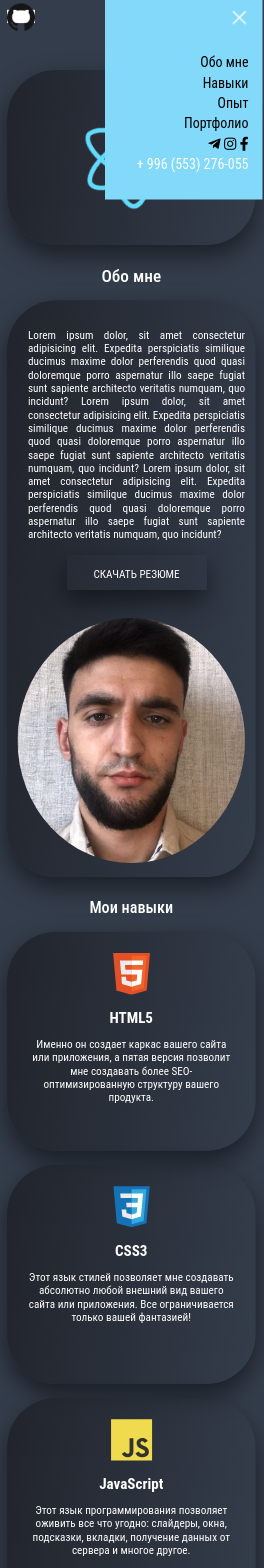
Repository: aligadzhiev0595/my-portfolio
Page: index.html
An editor plug-in stored every save of this project. The page is shown before and after the next save, followed by the edit.
The browser window is 375 px wide. The page is 377 px wide, so the pictures cover 377 px, including what lies to the right of the window. The pictures show the part of the page from y = 0 to 2240 px (the page is 5534 px tall), at 70% of full size.
After loading, the first visible `div.burger` was clicked once.
The style sheet was rebuilt from its Sass, Less or Tailwind sources for each picture, by a compiler version that may differ from the author's.

Above is the page before, as saved 2021-05-09 23:02:18.
Console error: TypeError: Cannot read properties of null (reading 'classList')

### index.html
<!DOCTYPE html>
<html lang="en">

<head>
  <meta charset="UTF-8">
  <meta name="viewport" content="width=device-width, initial-scale=1.0">
  <link rel="icon" href="./favicon-32x32.png" type="image/x-icon">
  <link rel="stylesheet" href="./src/css/style.css">
  <title>Portfolio</title>
</head>

<body data-mdb-spy="scroll" data-mdb-target="#scrollspy" data-mdb-offset="0">

  <header class="header fixed-top">
    <div class="container">
      <a href="https://github.com/hopetodie" class="header__brand" target="_blank">
        <img class="header__img" src="./src/image/header/GitHub-Mark-32px.png" alt="brand img-fluid">
      </a>
      <nav id="scrollspy" class="nav">
        <ul class="nav__list">
          <li class="nav__item">
            <a class="nav__link" href="#about-me">Обо мне</a>
          </li>
          <li class="nav__item">
            <a class="nav__link" href="#skills">Навыки</a>
          </li>
          <li class="nav__item">
            <a class="nav__link" href="#experience">Опыт</a>
          </li>
          <li class="nav__item">
            <a class="nav__link" href="#portfolio">Портфолио</a>
          </li>
        </ul>
        <ul class="nav__list flex-row justify-content-end">
          <li class="nav__item">
            <a class="nav__link" href="https://t.me/hopetodiex" target="_blank"><i
                class="fab fa-telegram-plane"></i></a>
          </li>
          <li class="nav__item">
            <a class="nav__link" href="https://www.instagram.com/ali.gadjiev05" target="_blank"><i
                class="fab fa-instagram"></i></a>
          </li>
          <li class="nav__item">
            <a class="nav__link" href="https://www.facebook.com/" target="_blank"><i class="fab fa-facebook-f"></i></a>
          </li>
        </ul>
        <a class="nav__phone" href="tel:996553276055">+ 996 (553) 276-055 </a>
      </nav>
      <div class="burger">
        <span class="burger__line"></span>
      </div>
    </div>
  </header>
  <main>
    <section class="react-animation">
      <div class="container">
        <div class="row">
          <div class="col">
            <div class="wrapper">
              <img class="wrapper__logo" src="./src/image/react/logo.svg" alt="">
            </div>
          </div>
          <div class="col">
            <div class="wrapper">
              <img class="wrapper__logo" src="./src/image/react/logo.svg" alt="">
            </div>
          </div>
          <div class="col">
            <div class="wrapper">
              <img class="wrapper__logo" src="./src/image/react/logo.svg" alt="">
            </div>
          </div>
          <div class="col">
            <div class="wrapper">
              <img class="wrapper__logo" src="./src/image/react/logo.svg" alt="">
            </div>
          </div>
        </div>
      </div>
    </section>
    <section class="about-me" id='about-me'>
      <div class="container">
        <h2 class="about-me__title">Обо мне</h2>
        <div class="about-me__block">
          <div class="wrapper1 wrapper">

            <p class="wrapper__subtitle">
              Lorem ipsum dolor, sit amet consectetur adipisicing elit. Expedita perspiciatis similique ducimus maxime
              dolor perferendis quod quasi doloremque porro aspernatur illo saepe fugiat sunt sapiente architecto
              veritatis numquam, quo incidunt?
              Lorem ipsum dolor, sit amet consectetur adipisicing elit. Expedita perspiciatis similique ducimus maxime
              dolor perferendis quod quasi doloremque porro aspernatur illo saepe fugiat sunt sapiente architecto
              veritatis numquam, quo incidunt?
              Lorem ipsum dolor, sit amet consectetur adipisicing elit. Expedita perspiciatis similique ducimus maxime
              dolor perferendis quod quasi doloremque porro aspernatur illo saepe fugiat sunt sapiente architecto
              veritatis numquam, quo incidunt?

            </p>
            <a class="wrapper__btn mybtn" href="./src/image/resume/Resume.pdf" download>скачать резюме</a>
          </div>
          <div class="wrapper2 wrapper">
            <div class="wrapper__img">
              <img class="img" src="./src/image/about-me/E3rtKXwRQ_w.jpeg" alt="leo its me">
            </div>
          </div>

        </div>
      </div>
    </section>
    <section class="skills" id='skills'>
      <div class="container">
        <h3 class="skills__title">Мои навыки</h3>
        <div class="row">
          <div class="col col-sm-12 col-md-4 col-lg-4 col-xl-4 hover-zoom">
            <div class="wrapper">
              <img class="wrapper__img" src="./src/image/skills/html.svg" alt="">
              <h4 class="wrapper__title">HTML5</h4>
              <p class="wrapper__subtitle">Именно он создает каркас вашего сайта или приложения, а пятая версия позволит
                мне создавать более SEO-оптимизированную структуру вашего продукта.</p>
            </div>
          </div>
          <div class="col col-sm-12 col-md-4 col-lg-4 col-xl-4 hover-zoom">
            <div class="wrapper">
              <img class="wrapper__img" src="./src/image/skills/css3.svg" alt="">
              <h4 class="wrapper__title">CSS3</h4>
              <p class="wrapper__subtitle">Этот язык стилей позволяет мне создавать абсолютно любой внешний вид вашего
                сайта или приложения. Все ограничивается только вашей фантазией!</p>
            </div>
          </div>
          <div class="col col-sm-12 col-md-4 col-lg-4 col-xl-4 hover-zoom">
            <div class="wrapper">
              <img class="wrapper__img" src="./src/image/skills/javascript.svg" alt="">
              <h4 class="wrapper__title">JavaScript</h4>
              <p class="wrapper__subtitle">Этот язык программирования позволяет оживить все что угодно: слайдеры, окна,
                подсказки, вкладки, получение данных от сервера и многое другое.</p>
            </div>
          </div>
          <div class="col col-sm-12 col-md-4 col-lg-4 col-xl-4 hover-zoom">
            <div class="wrapper">
              <img class="wrapper__img" src="./src/image/skills/jquery.svg" alt="">
              <h4 class="wrapper__title">jQuery</h4>
              <p class="wrapper__subtitle">Библиотека Jquery позволит ускорить разработку. Без необходимости
                интегрировать в проект мы её не будем, но навык работы с ней присутствует.</p>
            </div>
          </div>
          <div class="col col-sm-12 col-md-4 col-lg-4 col-xl-4 hover-zoom">
            <div class="wrapper">
              <img class="wrapper__img" src="./src/image/skills/react.svg" alt="">
              <h4 class="wrapper__title">React</h4>
              <p class="wrapper__subtitle">Это декларативная, эффективная и гибкая JavaScript библиотека для создания
                пользовательских интерфейсов. Она позволяет вам собирать сложный UI из маленьких изолированных кусочков
                кода, называемых «компонентами».</p>
            </div>
          </div>
          <div class="col col-sm-12 col-md-4 col-lg-4 col-xl-4 hover-zoom">
            <div class="wrapper">
              <img class="wrapper__img" src="./src/image/skills/redux.svg" alt="">
              <h4 class="wrapper__title">Redux</h4>
              <p class="wrapper__subtitle">Это способ управления состоянием приложения. Она основана на нескольких
                концепциях, изучив которые, можно с лёгкостью решать проблемы с состоянием.</p>
            </div>
          </div>
        </div>
      </div>
    </section>
    <section class="experience" id='experience'>
      <div class="container">
        <h3 class="experience__title">Мой опыт</h3>
        <div class="row">
          <div class="col-12 col-sm-12 col-md-4 col-lg-4 col-xl-4 ">
            <div class="wrapper exp">
              <div class="wrapper__percent">
                <svg class="wrapper__svg">
                  <circle class="wrapper__svg-circle" cx='70' cy='70' r='70'></circle>
                  <circle class="wrapper__svg-circle" cx='70' cy='70' r='70'></circle>
                </svg>
                <div class="wrapper__number">
                  <h4 class="wrapper__titleH"> <span class="wrapper__span">%</span></h4>
                </div>
              </div>

              <div class="wrapper__text">
                <h5 class="wrapper__subtitleH">HTML5</h5>
              </div>
            </div>
          </div>
          <div class="col-12 col-sm-12 col-md-4 col-lg-4 col-xl-4">
            <div class="wrapper">
              <div class="wrapper__percent">
                <svg class="wrapper__svg">
                  <circle class="wrapper__svg-circleC" cx='70' cy='70' r='70'></circle>
                  <circle class="wrapper__svg-circleC" cx='70' cy='70' r='70'></circle>
                </svg>
                <div class="wrapper__number">
                  <h4 class="wrapper__titleC"> <span class="wrapper__span">%</span></h4>
                </div>
              </div>

              <div class="wrapper__text">
                <h5 class="wrapper__subtitleC">CSS3</h5>
              </div>
            </div>
          </div>
          <div class="col-12 col-sm-12 col-md-4 col-lg-4 col-xl-4">
            <div class="wrapper">
              <div class="wrapper__percent">
                <svg class="wrapper__svg">
                  <circle class="wrapper__svg-circleJs" cx='70' cy='70' r='70'></circle>
                  <circle class="wrapper__svg-circleJs" cx='70' cy='70' r='70'></circle>
                </svg>
                <div class="wrapper__number">
                  <h4 class="wrapper__titleJs"><span class="wrapper__span">%</span></h4>
                </div>
              </div>

              <div class="wrapper__text">
                <h5 class="wrapper__subtitleJs">jS</h5>
              </div>
            </div>
          </div>
          <div class="col-12 col-sm-12 col-md-4 col-lg-4 col-xl-4">
            <div class="wrapper">
              <div class="wrapper__percent">
                <svg class="wrapper__svg">
                  <circle class="wrapper__svg-circleJ" cx='70' cy='70' r='70'></circle>
                  <circle class="wrapper__svg-circleJ" cx='70' cy='70' r='70'></circle>
                </svg>
                <div class="wrapper__number">
                  <h4 class="wrapper__titleJ"><span class="wrapper__span">%</span></h4>
                </div>
              </div>

              <div class="wrapper__text">
                <h5 class="wrapper__subtitleJ">jQuery</h5>
              </div>
            </div>
          </div>
          <div class="col-12 col-sm-12 col-md-4 col-lg-4 col-xl-4">
            <div class="wrapper">
              <div class="wrapper__percent">
                <svg class="wrapper__svg">
                  <circle class="wrapper__svg-circleR" cx='70' cy='70' r='70'></circle>
                  <circle class="wrapper__svg-circleR" cx='70' cy='70' r='70'></circle>
                </svg>
                <div class="wrapper__number">
                  <h4 class="wrapper__titleR"><span class="wrapper__span">%</span></h4>
                </div>
              </div>

              <div class="wrapper__text">
                <h5 class="wrapper__subtitleR">React</h5>
              </div>
            </div>
          </div>
          <div class="col-12 col-sm-12 col-md-4 col-lg-4 col-xl-4">
            <div class="wrapper">
              <div class="wrapper__percent">
                <svg class="wrapper__svg">
                  <circle class="wrapper__svg-circleRe" cx='70' cy='70' r='70'></circle>
                  <circle class="wrapper__svg-circleRe" cx='70' cy='70' r='70'></circle>
                </svg>
                <div class="wrapper__number">
                  <h4 class="wrapper__titleRe"><span class="wrapper__span">%</span></h4>
                </div>
              </div>

              <div class="wrapper__text">
                <h5 class="wrapper__subtitleRe">Redux</h5>
              </div>
            </div>
          </div>
        </div>
      </div>
    </section>
    <section class="portfolio" id='portfolio'>
      <div class="container">
        <h2 class="portfolio__title">Мои работы</h2>
        <div id="carousel2">
          <figure id="spinner">
            <a href="https://hopetodie.github.io/store/" target="_blank">
              <img src="./src/image/portfolio/run.webp" alt="">
            </a>
            <a href="https://hopetodie.github.io/Game-store/" target="_blank">
              <img class="portfolio-carousel-item__img" src="./src/image/portfolio/game.webp" alt="">
            </a>
            <a href="https://hopetodie.github.io/carsharing/" target="_blank">
              <img class="portfolio-carousel-item__img" src="./src/image/portfolio/car.webp" alt="">
            </a>
            <a href="https://hopetodie.github.io/IT-studio/" target="_blank">
              <img class="portfolio-carousel-item__img" src="./src/image/portfolio/it.webp" alt="">
            </a>
            <a href="https://hopetodie.github.io/Cubaa/" target="_blank">
              <img class="portfolio-carousel-item__img " src="./src/image/portfolio/kubat.webp" alt="">
            </a>
            <a href="https://hopetodie.github.io/Game-store/" target="_blank">
              <img class="portfolio-carousel-item__img" src="./src/image/portfolio/game.webp" alt="">
            </a>
            <a href="https://hopetodie.github.io/store/" target="_blank">
              <img src="./src/image/portfolio/run.webp" alt="">
            </a>
            <a href="https://hopetodie.github.io/carsharing/" target="_blank">
              <img class="portfolio-carousel-item__img" src="./src/image/portfolio/car.webp" alt="">
            </a>


          </figure>
        </div>
        <span style="float:left" class="ss-icon" onclick="galleryspin('-')">&lt;</span>
        <span style="float:right" class="ss-icon" onclick="galleryspin('')">&gt;</span>
      </div>
    </section>
    <section class="carousel">
      <div class="container">
        <h2 class="carousel__title">Мои работы</h2>
        <div class="flex-wrapper">
          <div class="slider-wrapper">
            <div class="slide active">
              <a href="https://hopetodie.github.io/store/" target="_blank">
                <img src="./src/image/portfolio/run.webp" alt="">
              </a>
            </div>
            <div class="slide">
              <a href="https://hopetodie.github.io/Game-store/" target="_blank">
                <img class="portfolio-carousel-item__img" src="./src/image/portfolio/game.webp" alt="">
              </a>
            </div>
            <div class="slide">
              <a href="https://hopetodie.github.io/carsharing/" target="_blank">
                <img class="portfolio-carousel-item__img" src="./src/image/portfolio/car.webp" alt="">
              </a>
            </div>
            <div class="slide">
              <a href="https://hopetodie.github.io/IT-studio/" target="_blank">
                <img class="portfolio-carousel-item__img" src="./src/image/portfolio/it.webp" alt="">
              </a>
            </div>
            <div class="slide">
              <a href="https://hopetodie.github.io/Cubaa/" target="_blank">
                <img class="portfolio-carousel-item__img " src="./src/image/portfolio/kubat.webp" alt="">
              </a>
            </div>
            <div id="btn-prev"></div>
            <div id="btn-next"></div>
          </div>
        </div>
        <div class="dots-wrapper">
          <span class="dot active"></span>
          <span class="dot"></span>
          <span class="dot"></span>
          <span class="dot"></span>
          <span class="dot"></span>
        </div>
      </div>
    </section>
  </main>
  <footer class="footer">
    <span> © Все права защищены</span>
  </footer>
  <script src="./src/libs/jquery/jquery.min.js"></script>
  <script src="./src/libs/mdb-ui-kit/js/mdb.min.js"></script>
  <script src="./src/js/main.js"></script>
</body>

</html>

### src/css/style.scss
@import url(../libs/mdb-ui-kit/css/mdb.min.css);
@import url(../libs/fontawesome/css/all.min.css);


body {
  background: rgb(52, 61, 75);
  color: #1B1818;
  font-weight: 400;
  font-size: 16px;
  line-height: 19px;
  font-family: 'Roboto Condensed', sans-serif;
  // font-family: 'Fire Sans', sans-serif;
}
  .container {
    max-width: 1220px;
    padding: 0 10px;
    margin: 0 auto;
}
a {
  text-decoration: none;
}
li {
  list-style: none;
}

*{
    margin: 0;
    padding: 0;
    box-sizing: border-box;
}


@import '../scss/variables';
@import '../scss/header';
@import '../scss/react-animation';
@import '../scss/about-me';
@import '../scss/skills';
@import '../scss/experience';
@import '../scss/portfolio';
@import '../scss/carousel';
@import '../scss/footer';
@import '../scss/media';

### src/scss/_variables.scss
.mybtn{
    display: block;
    outline: none;
    border:1px solid transparent;
    user-select: none;
    background-color: transparent ;
    text-align: center;
    vertical-align: middle;
    cursor: pointer;
}

### src/scss/_header.scss
.header {
    padding: 5px 0;
    transition:  0.6s ease;
    &_sticky{
        background: rgb(52, 61, 75);
        box-shadow: 0 15px 35px rgba(0, 0, 0, 0.5);
        transition: 0.6s ease;
    }
    &__brand {
        width: 50px;
        height: 50px;
        background: #fff;
        &:hover{
            -webkit-box-shadow: 0px 0px 101px 1px rgba(130,217,249,1);
            -moz-box-shadow: 0px 0px 101px 1px rgba(130,217,249,1);
            box-shadow: 0px 0px 101px 1px rgba(130,217,249,1);
            background: rgba(130,217,249,1);
        }
    }
    &__img {

        width: 40px;
        height: 40px;
    }
    .nav {

        width: 100%;
        max-width: 1220px;
        display: flex;
        justify-content: space-between;
        align-items: center;
        &__list {
            display: flex;
            margin-bottom: 0;
        }

        &__item {
            margin-right: 15px;

            &:last-child {
                margin-right: 0;
            }
        }

        &__link {
            color: #fff;
            &:hover{
                color: rgba(130,217,249,1);
            }
        }

        &__phone {
            color: #fff;
            &:hover{
                color: rgba(130,217,249,1);
            }
        }
    }
}

### src/scss/_react-animation.scss
.react-animation{
    padding-top: 100px;
    padding-bottom: 30px;
    .row{
      .col{
        .wrapper{
          box-shadow: 0 15px 35px rgba(0, 0, 0, 0.5);
          background: linear-gradient(95deg, rgb(33, 36, 44) 0%, rgba(15, 15, 16, 0) 100%);
        border-radius: 70px;
          text-align: center;
          &__logo {
            width: 250px;
            height: 250px;
            animation: React infinite 20s linear;
          }

          @keyframes React {
            from {
              transform: rotate(0deg);
            }
            to {
              transform: rotate(360deg);
            }
          }
        }
      }
    }
}

### src/scss/_skills.scss
.skills {
    padding-bottom: 50px;
    &__title{
        color: #fff;
        text-align: center;
        margin-bottom: 20px;
    }
            .wrapper {
                min-height: 313px;
                background: linear-gradient(95deg, rgb(33, 36, 44) 0%, rgba(15, 15, 16, 0) 100%);
                margin-bottom: 20px;
                box-shadow: 0 15px 35px rgba(0,0,0,0.5);
                border-radius: 70px;

                &:hover{
                    -webkit-box-shadow: 0px 0px 101px 1px rgba(130,217,249,1);
                    -moz-box-shadow: 0px 0px 101px 1px rgba(130,217,249,1);
                    box-shadow: 0px 0px 101px 1px rgba(130,217,249,1);
                }
                padding: 30px;
                &__img {
                    width: 60px;
                    height: 60px;

                    &:hover {
                        transform: scale(1.25);
                        transition: all .5s;
                    }
                }

                &__title {
                    color: #fff;
                    font-weight: bold;
                    margin-top: 20px;
                }

                &__subtitle {
                    color: #fff;
                    margin-top: 15px;
                    text-align: left;
                }
            }
        }

### src/scss/_carousel.scss
.carousel{
    display: none;
    &__title {
        padding-bottom: 20px;
        color: #fff;
        text-align: center;
    }
    .flex-wrapper{
        width: 100%;
        display: flex;
        justify-content: center;
        box-shadow: 0 15px 35px rgba(0, 0, 0, 0.5);
        border-radius: 70px;
        background: linear-gradient(95deg, rgb(33, 36, 44) 0%, rgba(15, 15, 16, 0) 100%);
    }
    .slider-wrapper{
        max-width: 800px;
        width: 100%;
        height: 490px;
        position: relative;
        box-shadow: 10px 10px 44px -10px rgba(0, 0, 0, 0.75);
    }
    #btn-prev, #btn-next{
        position: absolute;
        left: 0;
        top: 0;
        height: 100%;
        width: 50px;
        background: gray;
        opacity: 0.4;
        cursor: pointer;
        transition: opacity .2s ease-in-out;
    }
    #btn-prev{
        &:hover{
            opacity: 0.6;
        }
    }
    #btn-next{
        left: auto;
        right: 0;
        &:hover{
            opacity: 0.6;
        }
    }
    .slide{
        width: 100%;
        height: 100%;
        display: none;
    }
    .slide.active{
        display: block;
    }
    img{
        width: 100%;
        height: 100%;
    }
    .dots-wrapper{
        display: flex;
        justify-content: center;
        margin-top: 15px;
    }
    .dot.active{
        background: rgba(130,217,249,1);
    }
    span{
        width: 15px;
        height: 15px;
        border-radius: 50%;
        background: gray;
        margin-right: 10px;
        cursor: pointer;
        &:last-child{
            margin-right: 0;
        }
    }
}

### src/scss/_footer.scss
.footer{
    margin-top: 70px;
    width: 100%;
    display: flex;
    justify-content: center;
    align-items: center;
    height: 50px;
    box-shadow: 0 15px 35px rgba(0, 0, 0, 0.5);
    color: #fff;
  }

### src/scss/_media.scss
@media (max-width: 576px) {
    .container {
        max-width: 576px;
        width: 100%;
        margin: 0 auto;
    }
.header{

        .nav {
            display: none;
            align-items: flex-end;
            position: fixed;
            right: 0;
            top: 0;
            padding-top: 60px;
            padding-right: 20px;
            background: rgba(130, 217, 249, 1);
            width: 60%;
            padding-bottom: 40px;
            font-size: 20px;

            &.active {
                display: flex;
                flex-direction: column;
            }
            &__list{
                display: flex;
                flex-direction: column;
                width: 100%;
                align-items: flex-end;
                column-gap: 5px;

                &:first-child{
                    padding-top: 20px;
                }
            }
            &__link{
            color: #000;

            }
            &__item{
                margin-right: 0;
                // &:not(:last-child){
                //     margin-bottom: 10px;
                // }
                margin-bottom: 10px;
            }



        }
        .burger {
            position: fixed;
            top: 25px;
            transform: translateY(-50%);
            right: 20px;
            width: 26px;
            height: 26px;
            display: flex;
            align-items: center;
            cursor: pointer;

            &.active {
                .burger__line {
                    background: none;

                    &::before {
                        transform: rotate(135deg);
                        top: 0;
                    }

                    &::after {
                        transform: rotate(45deg);
                        bottom: 0;
                    }
                }
            }

            &__line {
                position: relative;
                width: 30px;
                height: 2px;
                background: #fff;

                &::before {
                    content: '';
                    position: absolute;
                    width: 100%;
                    height: 100%;
                    background: #fff;
                    top: 8px;
                    left: 0;
                    transition: .25s;
                }

                &::after {
                    content: '';
                    position: absolute;
                    width: 100%;
                    height: 100%;
                    background: #fff;
                    bottom: 8px;
                    left: 0;
                    transition: .25s;
                }
            }
        }

}
    .react-animation {
        .col {
            &:nth-child(1) {
                display: none;
            }

            &:nth-child(2) {
                display: none;
            }

            &:nth-child(3) {
                display: none;
            }
        }

    }

    .about-me {
        padding-bottom: 30px;

       &__block{
           .wrapper{
               width: 100%;
               &2{
                   margin-top: 40px;
               }
           }

       }
    }

    .portfolio {
        display: none;
        &__title {
            padding-bottom: 10px;
        }

        div#carousel2 {
            perspective: 1200px;
            box-shadow: 0 15px 35px rgba(0, 0, 0, 0.5);
            background: linear-gradient(95deg, rgb(33, 36, 44) 0%, rgba(15, 15, 16, 0) 100%);
            padding-top: 15%;
            font-size: 0;
            margin-bottom: 3rem;
            overflow: hidden;
            border-radius: 70px;

        }

        figure#spinner img {
            width: 60%;
            height: 70%;
            max-width: 425px;
            position: absolute;
            left: 22%;
            top: 10%;
            transform-origin: 50% 50% -500px;
            outline: 1px solid transparent;
        }
    }
    .carousel{
        display: block;
        &__title {
            padding-bottom: 10px;
        }
        .slider-wrapper{
            height: 200px;
        }
    }

    .skills {
        padding-bottom: 20px;

        .wrapper {
            padding: 30px;

            &__img {
                width: 60px;
                height: 60px;
                margin-left: 40%;

                &:hover {
                    transform: scale(1.25);
                    transition: all .5s;
                }
            }

            &__title {
                color: #fff;
                font-weight: bold;
                margin-top: 20px;
                text-align: center;
            }

            &__subtitle {
                color: #fff;
                margin-top: 15px;
                text-align: center;
            }
        }
    }

    .experience {
        padding-bottom: 25px;
    }
}

Loaded but not shown: src/libs/jquery/jquery.min.js (library); src/libs/mdb-ui-kit/js/mdb.min.js (library); src/libs/mdb-ui-kit/css/mdb.min.css (library); src/libs/fontawesome/css/all.min.css (library); src/js/main.js (97 lines, source omitted); src/scss/_experience.scss (419 lines, source omitted); src/scss/_about-me.scss (79 lines, source omitted); src/scss/_portfolio.scss (111 lines, source omitted)

After the next save:
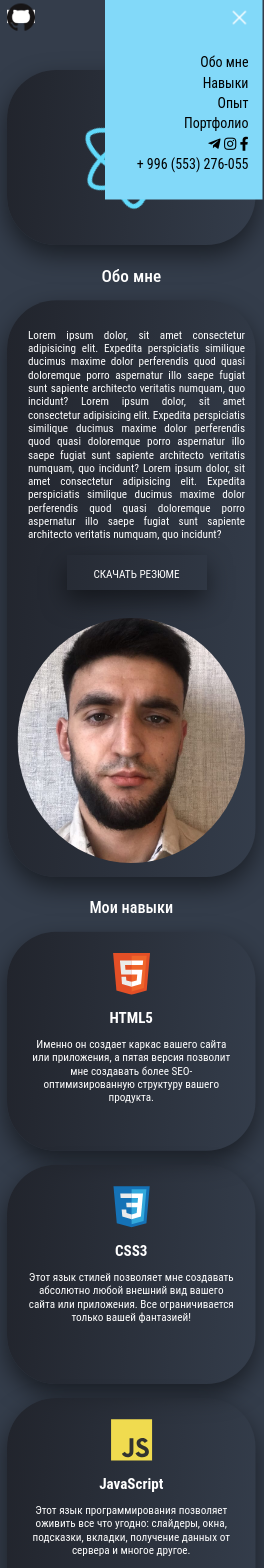
Saved 12 s later.
--- a/src/scss/_media.scss
+++ b/src/scss/_media.scss
@@ -45,7 +45,9 @@
                 // }
                 margin-bottom: 10px;
             }
-
+            &__phone{
+            color: #000;
+            }
 
 
         }
